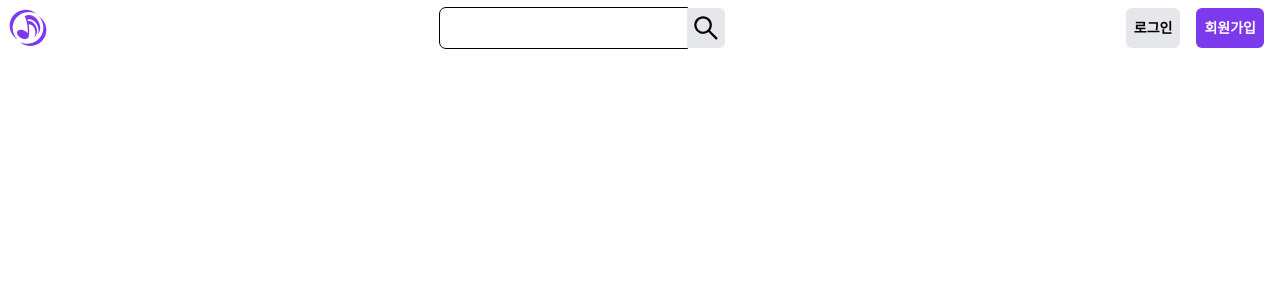
Repository: momo0170/streaming
Page: /
The author's editor kept a copy of each file at every save. The page is drawn from the files as they stood at one save, then again after the next save.
The browser window is 1280 px wide. The pictures show the whole page.
The project was rebuilt for these pictures with package versions that can differ from the ones it lists, and the page was loaded fresh each time. Also part of the build but not shown: src/App.css.

Above is the page before, as saved 2023-09-18 14:37:52.

### src/index.js
import React from 'react';
import ReactDOM from 'react-dom/client';
import './index.css';
import App from './App';
import { RouterProvider, createBrowserRouter } from 'react-router-dom';

const router = createBrowserRouter([
  {
    path: '/',
    element: <App />,
  },
]);
const root = ReactDOM.createRoot(document.getElementById('root'));
root.render(
  <RouterProvider router={router}>
    <App />
  </RouterProvider>
);

### src/index.css
/* index.css 📂 */

@tailwind base;
@tailwind components;
@tailwind utilities;

### src/App.js
import './App.css';
import Header from './components/Header';

function App() {
  return (
    <>
      <Header />
    </>
  );
}

export default App;

### src/components/Header.jsx
import React from 'react';
import { GiMusicSpell } from 'react-icons/gi';
import { AiOutlineSearch } from 'react-icons/ai';
import { Link } from 'react-router-dom';

export default function Header() {
  return (
    <header className="flex justify-between m-2">
      <Link to="/">
        <GiMusicSpell size="40" color="#7c3aed" />
      </Link>
      <form className="flex box-border">
        <input
          type="text"
          className="rounded-l-md outline outline-1 p-1 px-2 box-border focus:outline-violet-600 focus:outline-1.5 hover:outline-1.5 hover:outline-black"
        />
        <button className="bg-gray-200 p-1 rounded-r-md box-border">
          <AiOutlineSearch size="30" />
        </button>
      </form>
      <div className="flex">
        <button className="bg-gray-200 mx-2 px-2 rounded-md text-sm font-semibold">
          로그인
        </button>
        <button className="bg-violet-600 text-white mx-2 px-2 rounded-md text-sm font-semibold">
          회원가입
        </button>
      </div>
    </header>
  );
}

### tailwind.config.js
/** @type {import('tailwindcss').Config} */
module.exports = {
  content: ['./src/**/*.{js,jsx,ts,tsx}'],
  theme: {
    extend: {
      outlineWidth: {
        1.5: '1.5px',
      },
    },
  },
  plugins: [],
};

Loaded but not shown: public/index.html (common file)

After the next save:
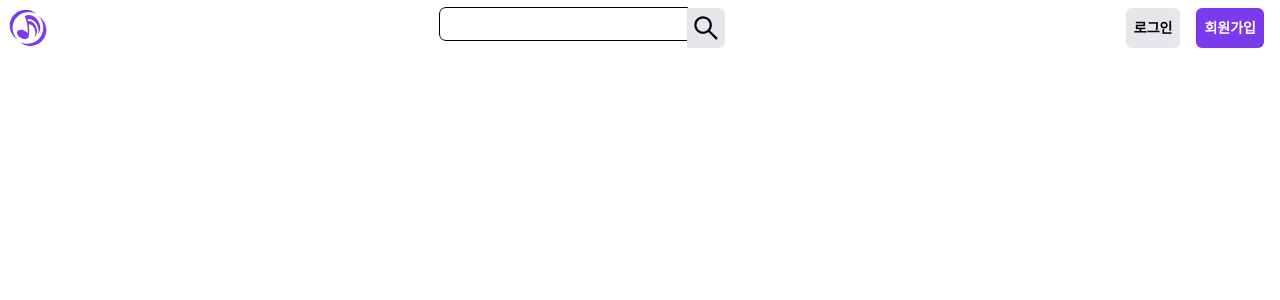
Saved 4 min 31 s later.
--- a/src/components/Header.jsx
+++ b/src/components/Header.jsx
@@ -10,10 +10,12 @@
         <GiMusicSpell size="40" color="#7c3aed" />
       </Link>
       <form className="flex box-border">
-        <input
-          type="text"
-          className="rounded-l-md outline outline-1 p-1 px-2 box-border focus:outline-violet-600 focus:outline-1.5 hover:outline-1.5 hover:outline-black"
-        />
+        <div>
+          <input
+            type="text"
+            className="rounded-l-md outline outline-1 p-1 px-2 box-border focus:outline-violet-600 focus:outline-1.5 hover:outline-1.5 hover:outline-black"
+          />
+        </div>
         <button className="bg-gray-200 p-1 rounded-r-md box-border">
           <AiOutlineSearch size="30" />
         </button>

After the save that followed:
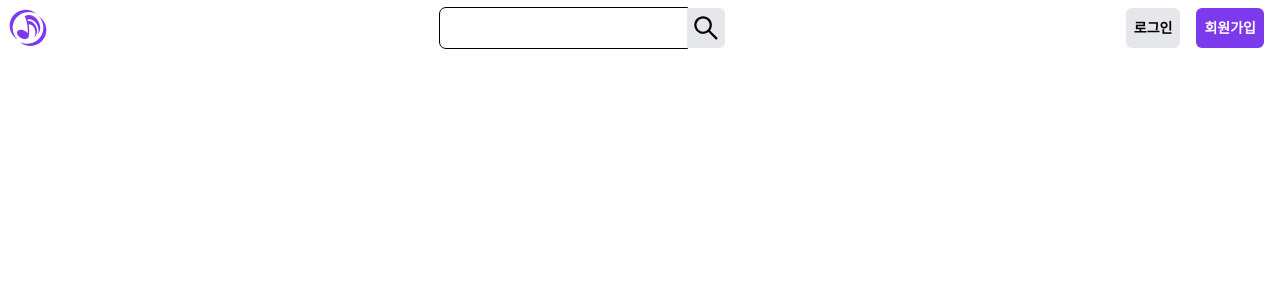
Saved 39 s later.
--- a/src/components/Header.jsx
+++ b/src/components/Header.jsx
@@ -10,7 +10,7 @@
         <GiMusicSpell size="40" color="#7c3aed" />
       </Link>
       <form className="flex box-border">
-        <div>
+        <div className="flex item-center">
           <input
             type="text"
             className="rounded-l-md outline outline-1 p-1 px-2 box-border focus:outline-violet-600 focus:outline-1.5 hover:outline-1.5 hover:outline-black"
